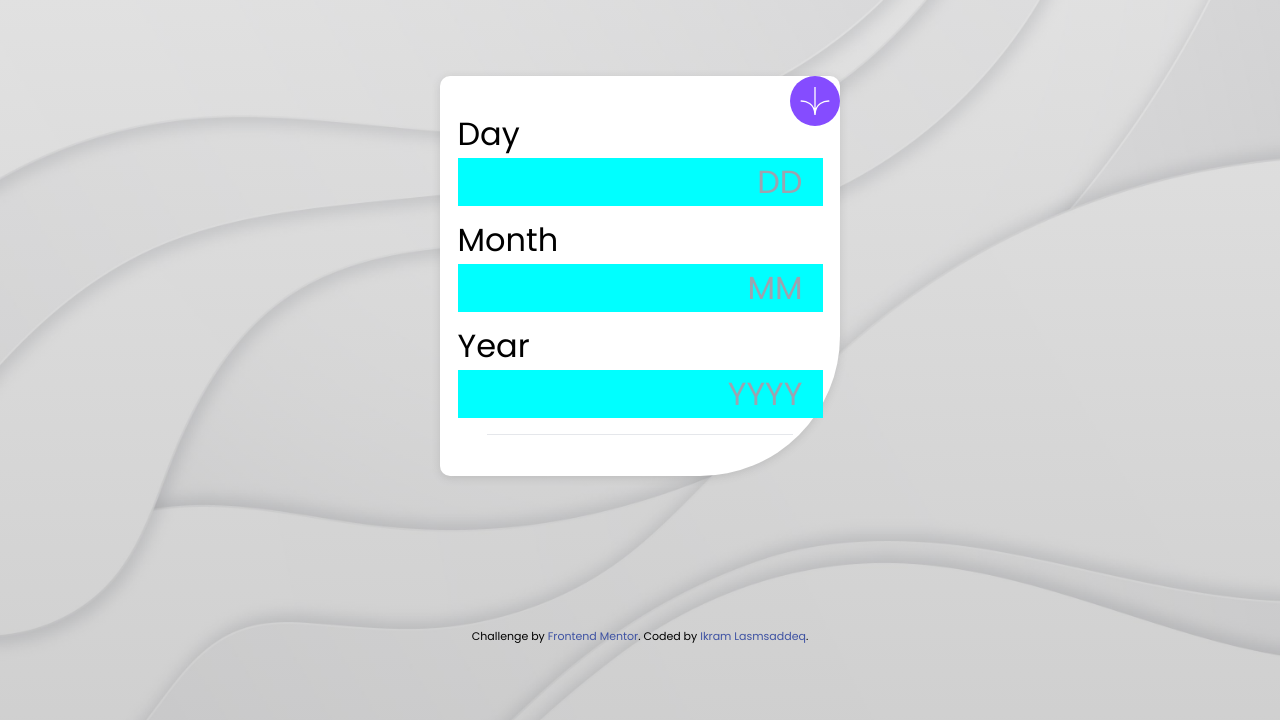
Repository: ikram-lisa/age-display
Page: /
The author's editor kept a copy of each file at every save. The page is drawn from the files as they stood at one save, then again after the next save.
The browser window is 1280 px wide. The pictures show the whole page.
Some web libraries are served in a nearby version. The project was rebuilt for these pictures with package versions that can differ from the ones it lists, and the page was loaded fresh each time.

Above is the page before, as saved 2024-04-30 23:33:13.

After the next save:
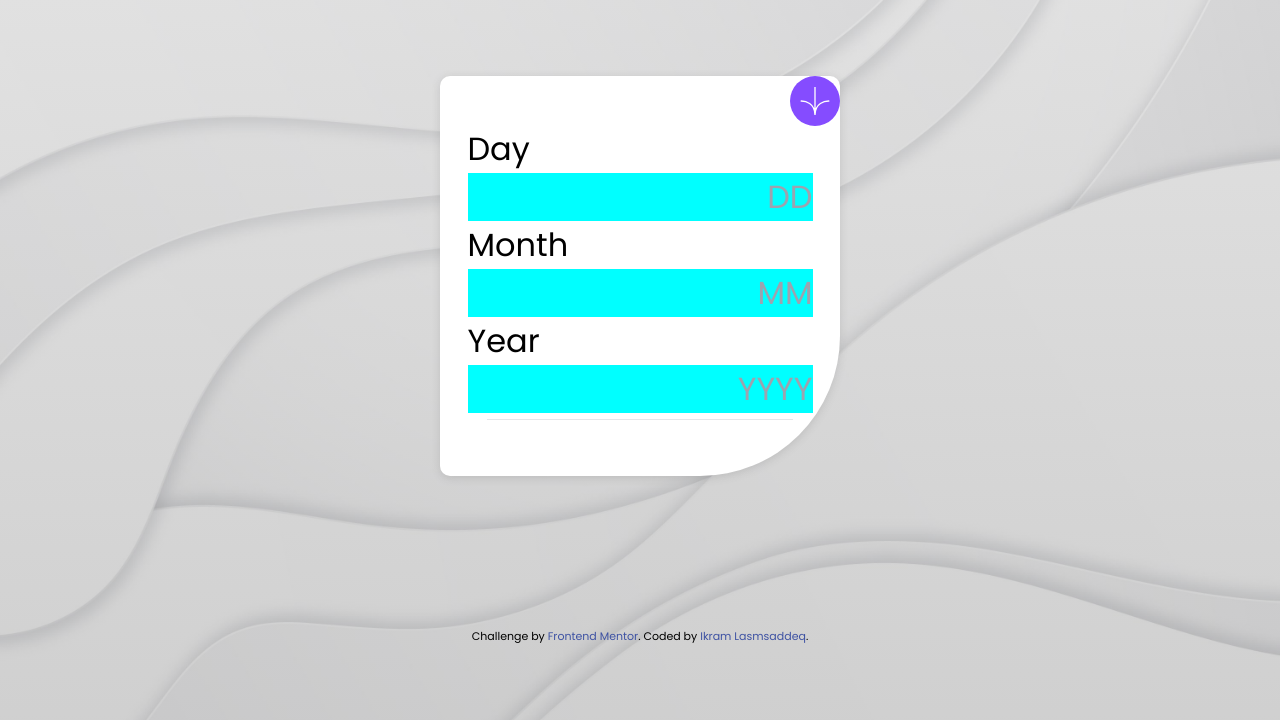
Saved 6 s later.
--- a/css/style.scss
+++ b/css/style.scss
@@ -49,8 +49,6 @@ body {
       input[type="text"] {
         text-align: right;
         background-color: aqua;
-        margin-bottom: 10px;
-        padding-right: 20px;
       }
     }
   }
